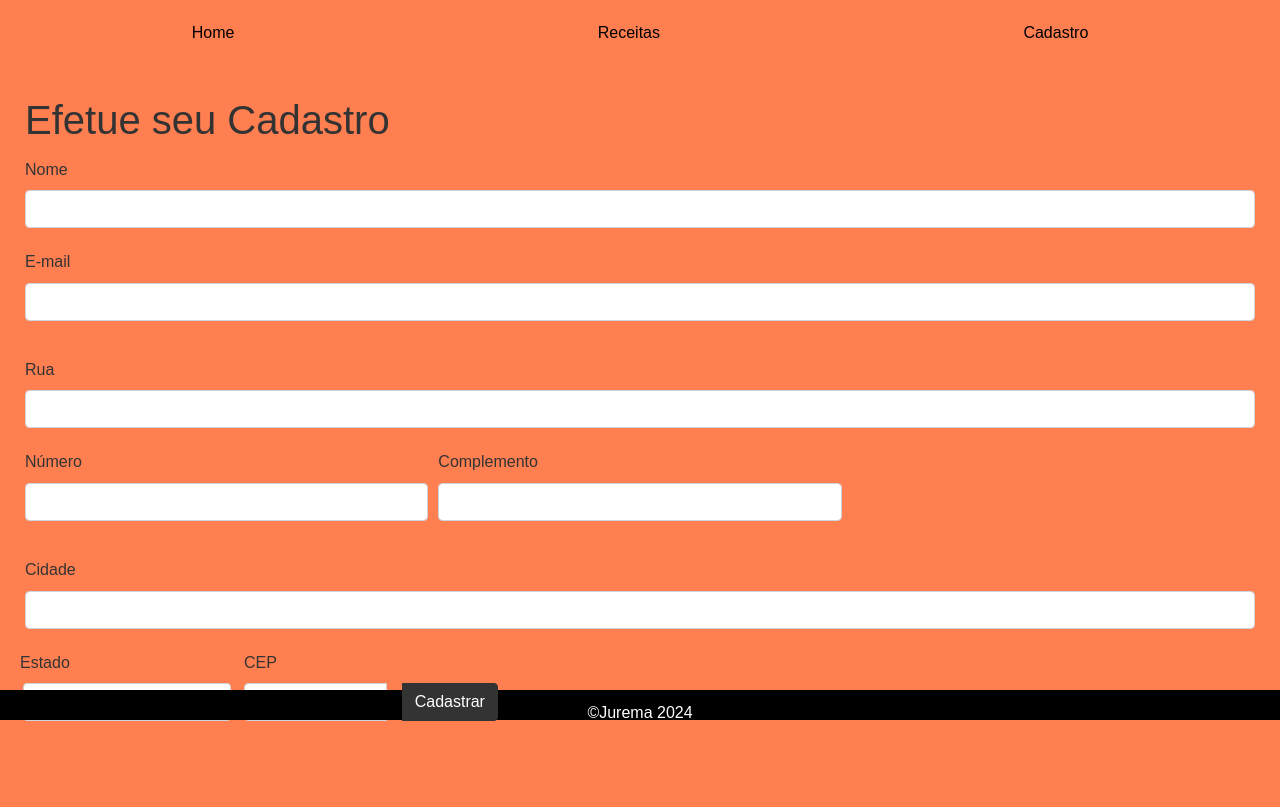
Repository: devropaes/RECEITAS
Page: OneDrive/Área de Trabalho/Estudos/Estácio/receitas/cadastro.html
An editor plug-in stored every save of this project. The page is shown before and after the next save, followed by the edit.
The browser window is 1280 px wide. The pictures show the whole page.

Above is the page before, as saved 2024-03-15 18:42:22.

After the next save:
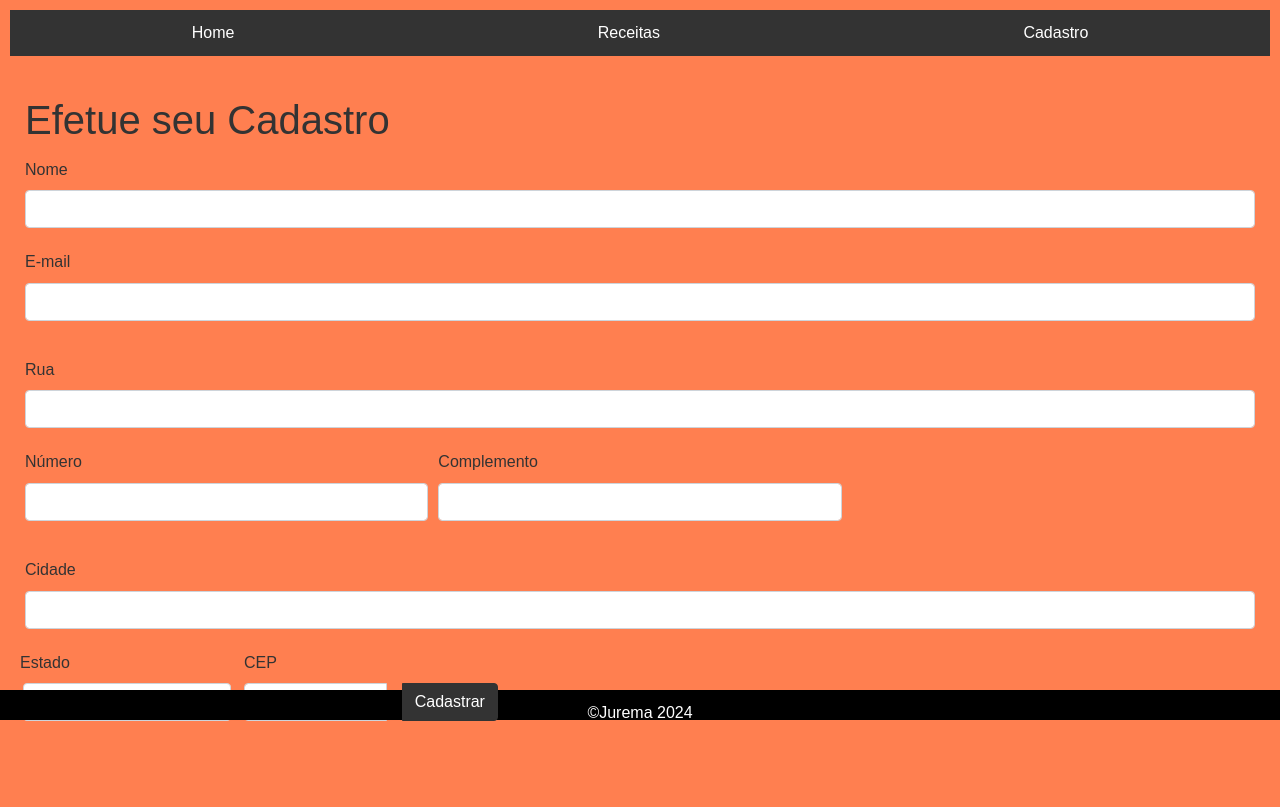
Saved 8 min 51 s later.
--- a/OneDrive/Área de Trabalho/Estudos/Estácio/receitas/formatos.css
+++ b/OneDrive/Área de Trabalho/Estudos/Estácio/receitas/formatos.css
@@ -26,6 +26,8 @@
 }
 
 .navlist {
+    background-color: #333; /* Cor de fundo da lista */
+    padding: 10px 20px; /
     color: var(--cor-hover);
     list-style: none;
     padding: 0;
@@ -35,7 +37,8 @@
 }
 
 .navlist li {
-    display: flex;
+    display: inline;
+    margin-right: 20px;
     margin: 10px;
     max-width: 100%;
 }
@@ -48,6 +51,10 @@
     font-weight: normal;
     margin: 0;
     padding: 0;
+}
+.navlist li a {
+    color: #fff; /* Cor do texto dentro dos links */
+    text-decoration: none; /* Remove o sublinhado padrão dos links */
 }
 
 .logo-container {

After the save that followed:
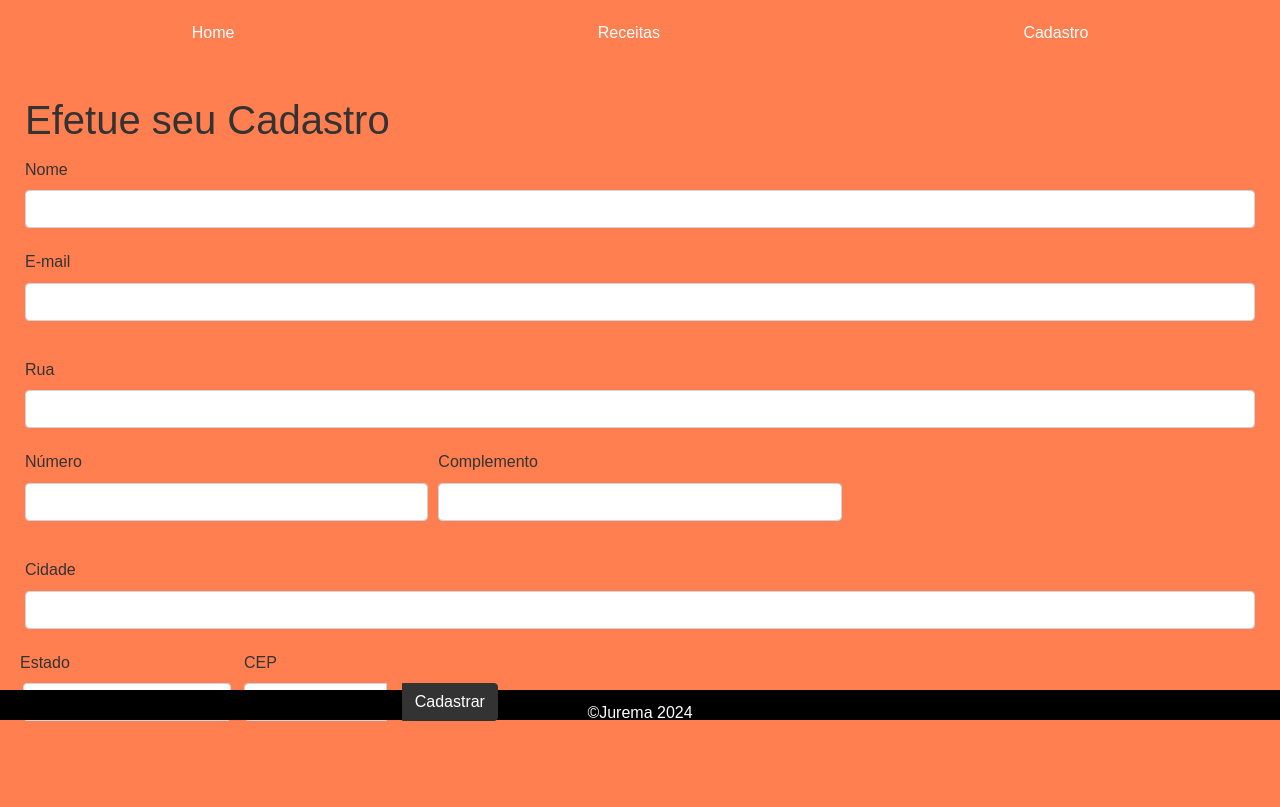
Saved 83 s later.
--- a/OneDrive/Área de Trabalho/Estudos/Estácio/receitas/formatos.css
+++ b/OneDrive/Área de Trabalho/Estudos/Estácio/receitas/formatos.css
@@ -26,8 +26,8 @@
 }
 
 .navlist {
-    background-color: #333; /* Cor de fundo da lista */
-    padding: 10px 20px; /
+    background-color:var(--cor-secundaria) /* Cor de fundo da lista */
+    padding: 10px 10px 10px; /
     color: var(--cor-hover);
     list-style: none;
     padding: 0;
@@ -53,7 +53,7 @@
     padding: 0;
 }
 .navlist li a {
-    color: #fff; /* Cor do texto dentro dos links */
+    color:var(--cor-hover); /* Cor do texto dentro dos links */
     text-decoration: none; /* Remove o sublinhado padrão dos links */
 }
 
